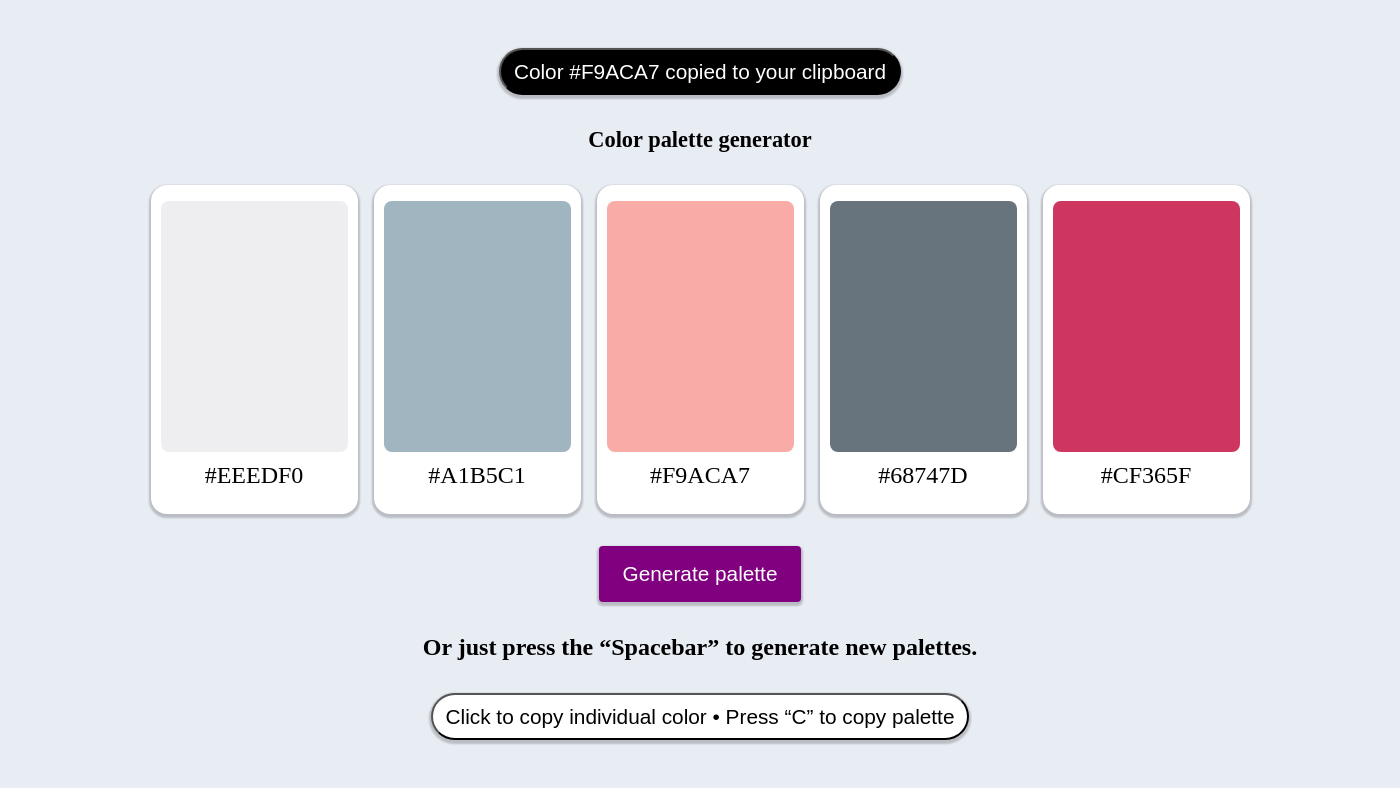
Repository: Hcmwebs/Color-Palette-Generator
Page: index.html
The author's editor kept a copy of each file at every save. The page is drawn from the files as they stood at one save, then again after the next save.
The browser window is 1280 px wide. The page is 1400 px wide, so the pictures cover 1400 px, including what lies to the right of the window. The pictures show the whole page.

Above is the page before, as saved 2020-08-09 00:45:03.

After the next save:
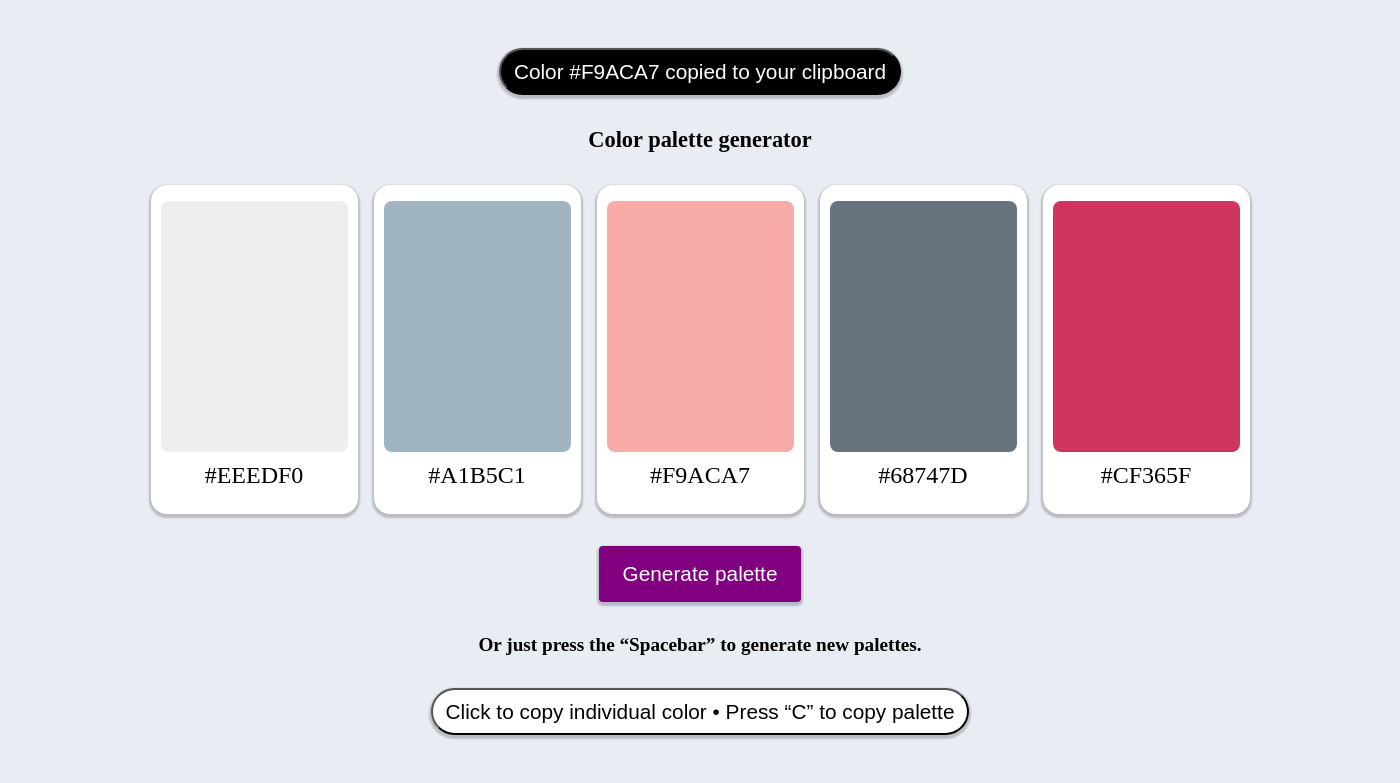
Saved 45 s later.
--- a/styles.css
+++ b/styles.css
@@ -24,7 +24,7 @@ h2 {
 }
 
 h3 {
-  font-size: 1.5rem;
+  font-size: 1.2rem;
 }
 .container {
   width: 1400px;
